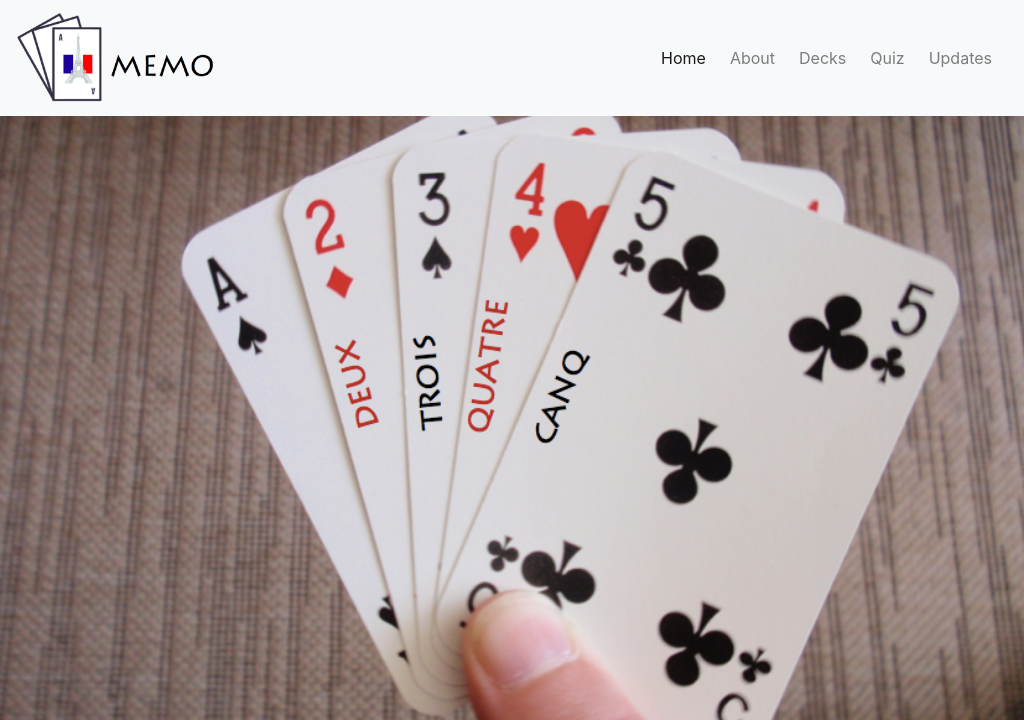
Repository: farahroslend/memofrancais
Page: landingPage.html
The author's editor kept a record of every edit. The page is drawn from the files as they stood at one moment, then again after the next edit.
The browser window is 1024 px wide. The pictures show the whole page.

Above is the page before.

After the next edit:
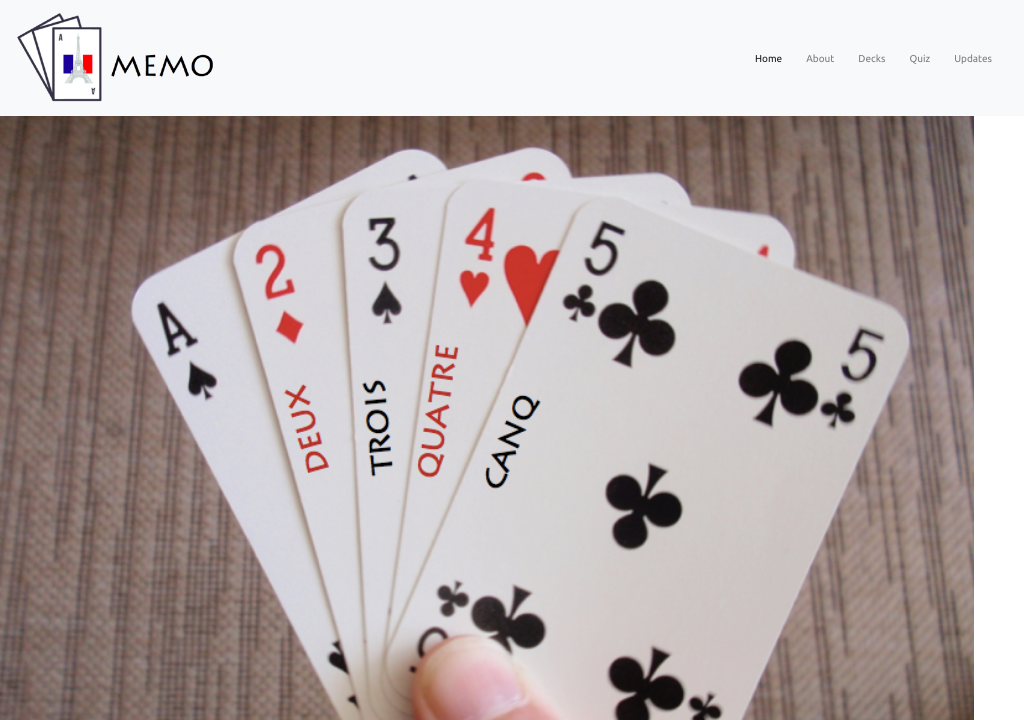
The edit:
--- a/styler.css
+++ b/styler.css
@@ -33,9 +33,14 @@
 
 @media (min-width: 500px) and (max-width: 1199px) {
     .callout-container {
-        background-position-y: 55px;
-        background-position-x: 0px;
+        background-position-y: 100px;
+        background-position-x: -50px;
     }
+
+    body {
+            font-family: 'Ubuntu', sans-serif;
+            font-size: 10px;
+        }
 }
 
 
